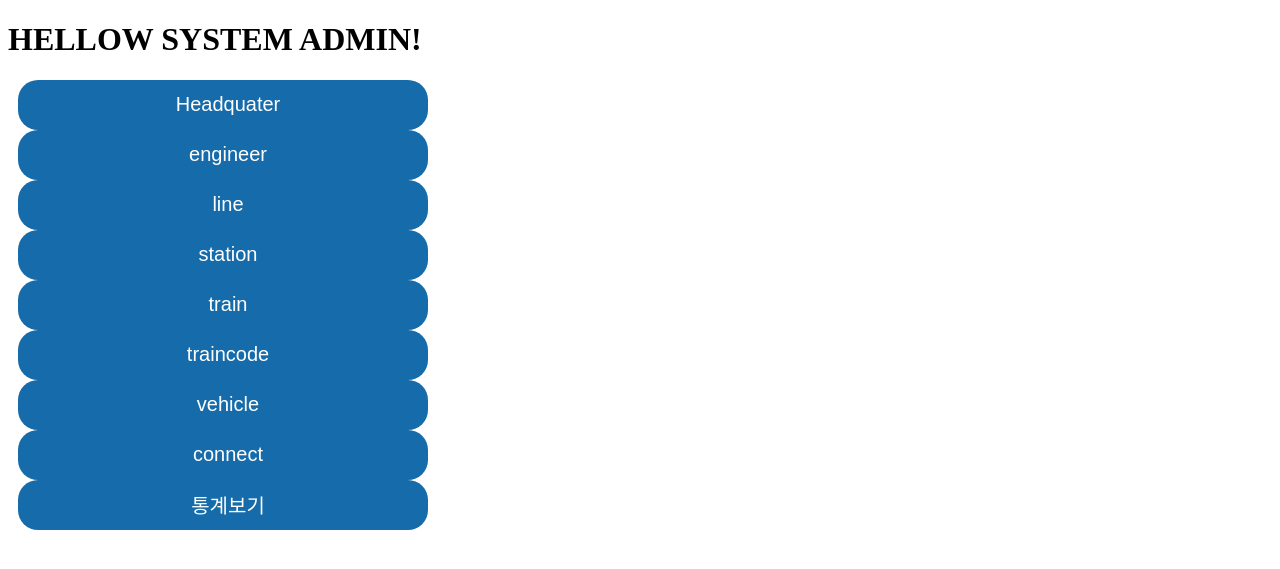
Repository: CISXO/JSP
Page: http://localhost/DB_Project/Sys_admin.jsp
An editor plug-in stored every save of this project. The page is shown before and after the next save, followed by the edit.
The browser window is 1280 px wide. The pictures show the whole page.
The page is served by Tomcat 9.

Above is the page before, as saved 2022-12-21 09:58:12.

### DbProject/DB_Project/src/main/webapp/Sys_admin.jsp
<%@ page language="java" contentType="text/html; charset=EUC-KR"
    pageEncoding="EUC-KR"%>
<!DOCTYPE html>
<html>
<head>
<meta charset="EUC-KR">
<title>Insert title here</title>
<style type="text/css">
.loginButtonL{

    width: 400px;
    height: 50px;
    margin: 0px 10px;
    color: #fff;
    background: #166caa;
    border: none;
    border-radius: 20px;
    font-size: 20px;
    cursor: pointer;

}

.loginButtonR{

    width: 400px;
    height: 50px;
    margin: 0px 10px;
    color: #fff;
    background: #166caa;
    border: none;
    border-radius: 20px;
    font-size: 20px;
    cursor: pointer;

}
#loginButton{
width: 400px;
    height: 50px;
    margin: 0px 10px;
    color: #fff;
    background: #166caa;
    border: none;
    border-radius: 20px;
    font-size: 20px;
    cursor: pointer;
}


</style>
</head>
<body>
<h1>HELLOW SYSTEM ADMIN!</h1>

            <div class="loginButtonL">
                <a href="DB/Headquarter.jsp"><button id="loginButton" type="button">Headquater</button></a>
            </div>
            <div class="loginButtonL">
                <a href="DB/Engineer.jsp"><button id="loginButton" type="button">engineer</button></a>
            </div>
            <div class="loginButtonL">
                <a href="DB/line.jsp"><button id="loginButton" type="button">line</button></a>
            </div>
            <div class="loginButtonL">
                <a href="DB/station.jsp"><button id="loginButton" type="button">station</button></a>
            </div>
            <div class="loginButtonL">
                <a href="DB/train.jsp"><button id="loginButton" type="button">train</button></a>
            </div>
            <div class="loginButtonR">
                <a href="DB/traincode.jsp"><button id="loginButton" type="button">traincode</button></a>
            </div>
            <div class="loginButtonR">
                <a href="DB/vehicle.jsp"><button id="loginButton" type="button">vehicle</button></a>
            </div>
            <div class="loginButtonR">
                <a href="DB/connect.jsp"><button id="loginButton" type="button">connect</button></a>
            </div>
            <div class="loginButtonR">
                <a href="db_stats.jsp"><button id="loginButton" type="button">통계보기</button></a>
            </div>

</body>
</html>

After the next save:
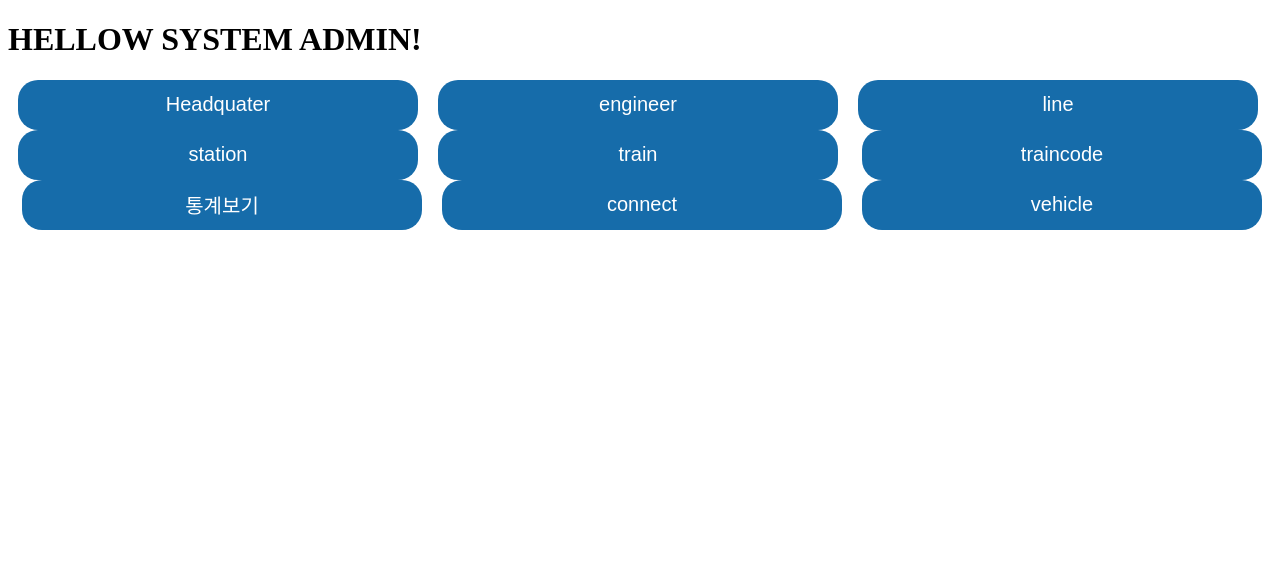
Saved 31 s later.
--- a/DbProject/DB_Project/src/main/webapp/Sys_admin.jsp
+++ b/DbProject/DB_Project/src/main/webapp/Sys_admin.jsp
@@ -7,30 +7,11 @@
 <title>Insert title here</title>
 <style type="text/css">
 .loginButtonL{
-
-    width: 400px;
-    height: 50px;
-    margin: 0px 10px;
-    color: #fff;
-    background: #166caa;
-    border: none;
-    border-radius: 20px;
-    font-size: 20px;
-    cursor: pointer;
-
+float:left;
 }
 
 .loginButtonR{
-
-    width: 400px;
-    height: 50px;
-    margin: 0px 10px;
-    color: #fff;
-    background: #166caa;
-    border: none;
-    border-radius: 20px;
-    font-size: 20px;
-    cursor: pointer;
+float:right;
 
 }
 #loginButton{
